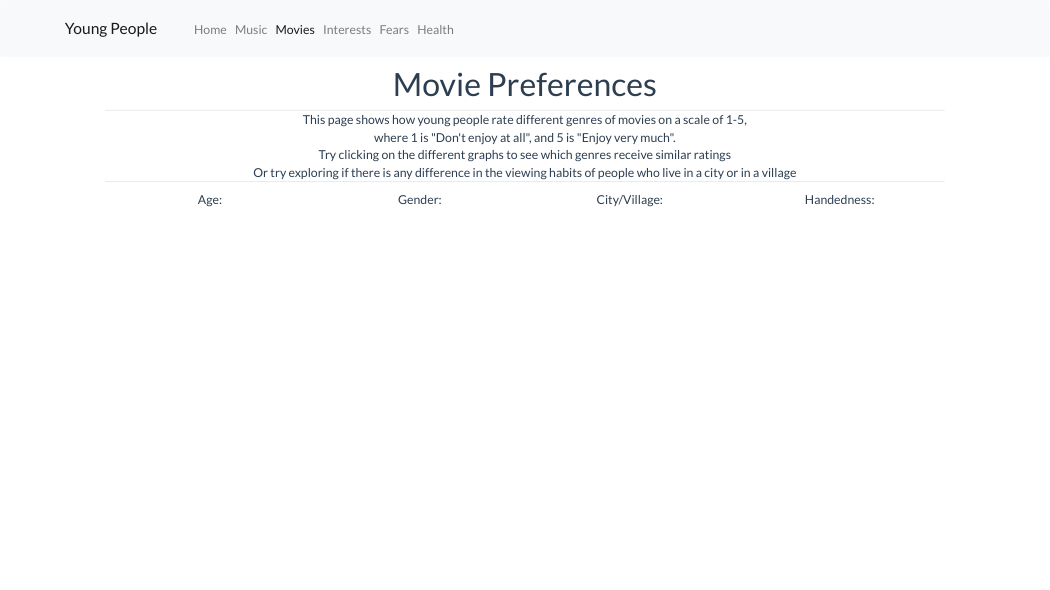
Repository: BrendanMolloy/milestone2
Page: movies.html
The author's editor kept a record of every edit. The page is drawn from the files as they stood at one moment, then again after the next edit.
The browser window is 1280 px wide. The pictures show the whole page, at 82% of full size.
Some web libraries are served in a nearby version.

Above is the page before.
Console error: ReferenceError: w is not defined

### movies.html
<!DOCTYPE html>
<html lang="en">

<head>
  <meta charset="UTF-8">
  <meta name="viewport" content="width=device-width, initial-scale=1.0">
  <meta http-equiv="X-UA-Compatible" content="ie=edge">
  <title>Young People</title>

  <link rel="stylesheet" href="https://maxcdn.bootstrapcdn.com/bootstrap/4.0.0/css/bootstrap.min.css" integrity="sha384-Gn5384xqQ1aoWXA+058RXPxPg6fy4IWvTNh0E263XmFcJlSAwiGgFAW/dAiS6JXm" crossorigin="anonymous">

  <link rel="stylesheet" href="css/bootstrap.min.css" type="text/css" />
  <link rel="stylesheet" href="css/dc.min.css" type="text/css" />
  <link rel="stylesheet" href="css/style.css" type="text/css" />

  <script type="text/javascript" src="js/d3.min.js"></script>
  <script type="text/javascript" src="js/crossfilter.min.js"></script>
  <script type="text/javascript" src="js/dc.min.js"></script>
  <script type="text/javascript" src="js/queue.min.js"></script>
  <script type="text/javascript" src="js/movies.js"></script>
</head>

<body>
  <!------------------------------- Navbar -------------------------------------->

  <nav class="navbar navbar-expand-md navbar-expand-lg navbar-light bg-light">
    <a class="navbar-brand" href="#">Young People</a>
    <button class="navbar-toggler" type="button" data-toggle="collapse" data-target="#navbarNav" aria-controls="navbarNav" aria-expanded="false" aria-label="Toggle navigation">
    <span class="navbar-toggler-icon"></span>
  </button>
    <div class="collapse navbar-collapse" id="navbarNav">
      <ul class="navbar-nav">
        <li class="nav-item">
          <a class="nav-link" href="index.html">Home</a>
        </li>
        <li class="nav-item">
          <a class="nav-link" href="music.html">Music</a>
        </li>
        <li class="nav-item active">
          <a class="nav-link" href="movies.html">Movies <span class="sr-only">(current)</span></a>
        </li>
        <li class="nav-item">
          <a class="nav-link" href="interests.html">Interests</a>
        </li>
        <li class="nav-item">
          <a class="nav-link" href="fears.html">Fears</a>
        </li>
        <li class="nav-item">
          <a class="nav-link" href="health.html">Health</a>
        </li>
      </ul>
    </div>
  </nav>

  <!-------------------------------- Movies ------------------------------------->
  <section class="section main">
    <h1>Movie Preferences</h1>
    <p>This page shows how young people rate different genres of movies on a scale of 1-5,
    <br>where 1 is "Don't enjoy at all", and 5 is "Enjoy very much".
    <br> Try clicking on the different graphs to see which genres receive similar ratings
    <br> Or try exploring if there is any difference in the viewing habits of people who live in a city or in a village</p>
    <div class="container-fluid dropdown-container">
      <div class="row">
        <div id="age-filter" class="dropdowns col-xs-6 col-md-6 col-lg-3">Age:<br></div>
        <div id="gender-filter" class="dropdowns col-xs-6 col-md-6 col-lg-3">Gender:<br></div>
        <div id="city-village-filter" class=" dropdowns col-xs-6 col-md-6 col-lg-3">City/Village:<br></div>
        <div id="handedness-filter" class="dropdowns col-xs-6 col-md-6 col-lg-3">Handedness:<br></div>
      </div>
    </div>
    <div class="row">
      <div id="action" class="col-sm-12 col-md-6 col-lg-4 badge" alt="action movies bar chart"></div>
      <div id="animated" class="col-sm-12 col-md-6 col-lg-4 badge" alt="action movies bar chart"></div>
      <div id="comedy" class="col-sm-12 col-md-6 col-lg-4 badge" alt="action movies bar chart"></div>
      <div id="documentary" class="col-sm-12 col-md-6 col-lg-4 badge" alt="action movies bar chart"></div>
      <div id="fantasy" class="col-sm-12 col-md-6 col-lg-4 badge" alt="action movies bar chart"></div>
      <div id="horror" class="col-sm-12 col-md-6 col-lg-4 badge" alt="action movies bar chart"></div>
      <div id="romantic" class="col-sm-12 col-md-6 col-lg-4 badge" alt="action movies bar chart"></div>
      <div id="scifi" class="col-sm-12 col-md-6 col-lg-4 badge" alt="action movies bar chart"></div>
      <div id="thriller" class="col-sm-12 col-md-6 col-lg-4 badge" alt="action movies bar chart"></div>
      <div id="war" class="col-sm-12 col-md-6 col-lg-4 badge" alt="action movies bar chart"></div>
      <div id="western" class="col-sm-12 col-md-6 col-lg-4 badge" alt="action movies bar chart"></div>
    </div>
  </section>

  <script src="https://code.jquery.com/jquery-3.2.1.slim.min.js" integrity="sha384-KJ3o2DKtIkvYIK3UENzmM7KCkRr/rE9/Qpg6aAZGJwFDMVNA/GpGFF93hXpG5KkN" crossorigin="anonymous"></script>
  <script src="https://cdnjs.cloudflare.com/ajax/libs/popper.js/1.12.9/umd/popper.min.js" integrity="sha384-ApNbgh9B+Y1QKtv3Rn7W3mgPxhU9K/ScQsAP7hUibX39j7fakFPskvXusvfa0b4Q" crossorigin="anonymous"></script>
  <script src="https://maxcdn.bootstrapcdn.com/bootstrap/4.0.0/js/bootstrap.min.js" integrity="sha384-JZR6Spejh4U02d8jOt6vLEHfe/JQGiRRSQQxSfFWpi1MquVdAyjUar5+76PVCmYl" crossorigin="anonymous"></script>


</body>

</html>

### css/style.css
.container {
  margin: 0;
  padding: 0;
}

/*.row {
  text-align: center;
  max-width: 100vw;
  margin: 0;
} */

.navbar-container {
  z-index: 2;
  position: fixed;
  width: 100vw;
  border-bottom: 1px solid #000;

}

.navbar {
  z-index: 2;
  position: fixed;
  width: 100vw;
  padding-left: 5%;
  padding-right: 5%;
  margin: 0;
}


.landing {
  text-align: center;
  padding-top: 60px;
  padding-right: 15%;
  padding-left: 15%;
  background: url("../images/young-people.jpg") no-repeat fixed center;
  -webkit-background-size: cover;
  -moz-background-size: cover;
  -o-background-size: cover;
  height: auto;
  background-size: cover;
  background-position:absolute;
}

.landing-graphs {
  position: relative;
  width: 100%;
  padding: 2%;
  background: rgba(231, 242, 253, 0.9);
}

p {
  border-top: 1px solid #e6e6e6;
  border-bottom: 1px solid #e6e6e6;
}

.landing p {
  background: rgba(231, 242, 253, 0.7);
  -webkit-animation: fadein 3s;
  /* Safari, Chrome and Opera > 12.1 */
  -moz-animation: fadein 3s;
  /* Firefox < 16 */
  -ms-animation: fadein 3s;
  /* Internet Explorer */
  -o-animation: fadein 3s;
  /* Opera < 12.1 */
  animation: fadein 3s;
}

.sidenav {
  height: 100%;
  /*Full-height: remove this if you want "auto" height */
  /*width: 450px;  Set the width of the sidebar */
  position: fixed;
  /* Fixed Sidebar (stay in place on scroll) */
  z-index: 1;
  /* Stay on top */
  top: 0;
  /* Stay at the top */
  left: 0;
  background-color: #CCCCCC;
  /* Light Grey */
  overflow-x: hidden;
  /* Disable horizontal scroll */
  padding: 0;
  padding-top: 60px;
  border-right: 1px solid #000;
}

.dropdowns {
  text-align: center;
  padding: 0px;
  /*display: inline-block;
	float: none;*/
	margin: 0;
}

.dropdown-container{
  max-width: inherit;
  text-align: center;
}


.main {
  /*margin-left: 250px;
  Same as the width of the sidebar */
  text-align: center;
  max-width: 100vw;
  padding-left: 10%;
  padding-right: 10%;
  padding-top: 60px;
}

.badge {
  text-align: center;
  width: 100%;
  /*height: auto; */
  background-color: #E7F2FD;
  border: 10px solid #fff;
}


#music-enjoyment {
  padding: 0;
}

.side-graphs {
  text-align: center;
  width: 100%;
  padding: 5%;
  padding-right: 0px;
}

.side-graphs#age {
  padding: 0;
}

### js/movies.js
/* global queue */
/* global d3 */
/* global crossfilter */
/* global dc */

queue()
    .defer(d3.csv, "data/young-people.csv")
    .await(makeGraphs);

function makeGraphs(error, ypData) {
    var ndx = crossfilter(ypData);

    // demographics //
    show_dropdown(ndx, 'Age', "#age-filter");
    show_dropdown(ndx, 'Gender', "#gender-filter");
    show_dropdown(ndx, 'Village - town', "#city-village-filter");
    show_dropdown(ndx, 'Left - right handed', "#handedness-filter");

    // movies //
    //show_enjoyment(ndx, 'Movies', "#movie-enjoyment", "I enjoy watching Movies");
    show_bar_chart(ndx, 'Action', "#action", "Action");
    show_bar_chart(ndx, 'Animated', "#animated", "Animated");
    show_bar_chart(ndx, 'Comedy', "#comedy", "Comedy");
    show_bar_chart(ndx, 'Documentary', "#documentary", "Documentary");
    show_bar_chart(ndx, 'Fantasy/Fairy tales', "#fantasy", "Fantasy");
    show_bar_chart(ndx, 'Horror', "#horror", "Horror");
    show_bar_chart(ndx, 'Romantic', "#romantic", "Romantic");
    show_bar_chart(ndx, 'Sci-fi', "#scifi", "Sci-Fi");
    show_bar_chart(ndx, 'Thriller', "#thriller", "Thriller");
    show_bar_chart(ndx, 'War', "#war", "War");
    show_bar_chart(ndx, 'Western', "#western", "Western");

    dc.utils.printSingleValue.fformat = d3.format('.0f');

    dc.renderAll();
}

function remove_empty_bins(source_group) { //eliminates empty or null values from the dataset, so graphs can render unimpeded//
    return {
        all: function() {
            return source_group.all().filter(function(d) {
                //return Math.abs(d.value) > 0.00001; // if using floating-point numbers
                return d.key !== ""; // if integers only
            });
        }
    };
}

//-------------------------- Demographics ------------------------------------//

function show_dropdown(ndx, dimensionLabel, id) {
    var dim = ndx.dimension(dc.pluck(dimensionLabel));
    var group = dim.group();
    var filtered_group = remove_empty_bins(group)

    dc.selectMenu(id)
        .dimension(dim)
        .group(filtered_group);
}

//---------------------------- Main Graphs ----------------------------------//

function show_enjoyment(ndx, dimensionLabel, id, xlabel) {
    var dim = ndx.dimension(dc.pluck(dimensionLabel));
    var group = dim.group();
    var filtered_group = remove_empty_bins(group)

    dc.barChart(id)
        .width(400)
        .height(300)
        .margins({ top: 10, right: 50, bottom: 30, left: 50 })
        .dimension(dim)
        .group(filtered_group)
        .transitionDuration(500)
        .x(d3.scale.ordinal())
        .xUnits(dc.units.ordinal)
        .elasticY(true)
        .xAxisLabel(xlabel)
        .yAxis().ticks(10);
}

function show_bar_chart(ndx, dimensionLabel, id, xlabel) {
    var dim = ndx.dimension(dc.pluck(dimensionLabel)); //selects column from dataset
    var group = dim.group();
    var filtered_group = remove_empty_bins(group)
    /*var w = 400; //adjust graph dimensions
    var h = 300; */

    dc.barChart(id)
        .width(w)
        .height(h)
        .margins({ top: 10, right: 50, bottom: 30, left: 50 })
        .dimension(dim)
        .group(filtered_group)
        .transitionDuration(500)
        .x(d3.scale.ordinal())
        .xUnits(dc.units.ordinal)
        .elasticY(true)
        .xAxisLabel(xlabel)
        .yAxis().ticks(10);
}

Loaded but not shown: css/bootstrap.min.css (library); css/dc.min.css (library); js/d3.min.js (library); js/crossfilter.min.js (library); js/dc.min.js (library); js/queue.min.js (common file)

After the next edit:
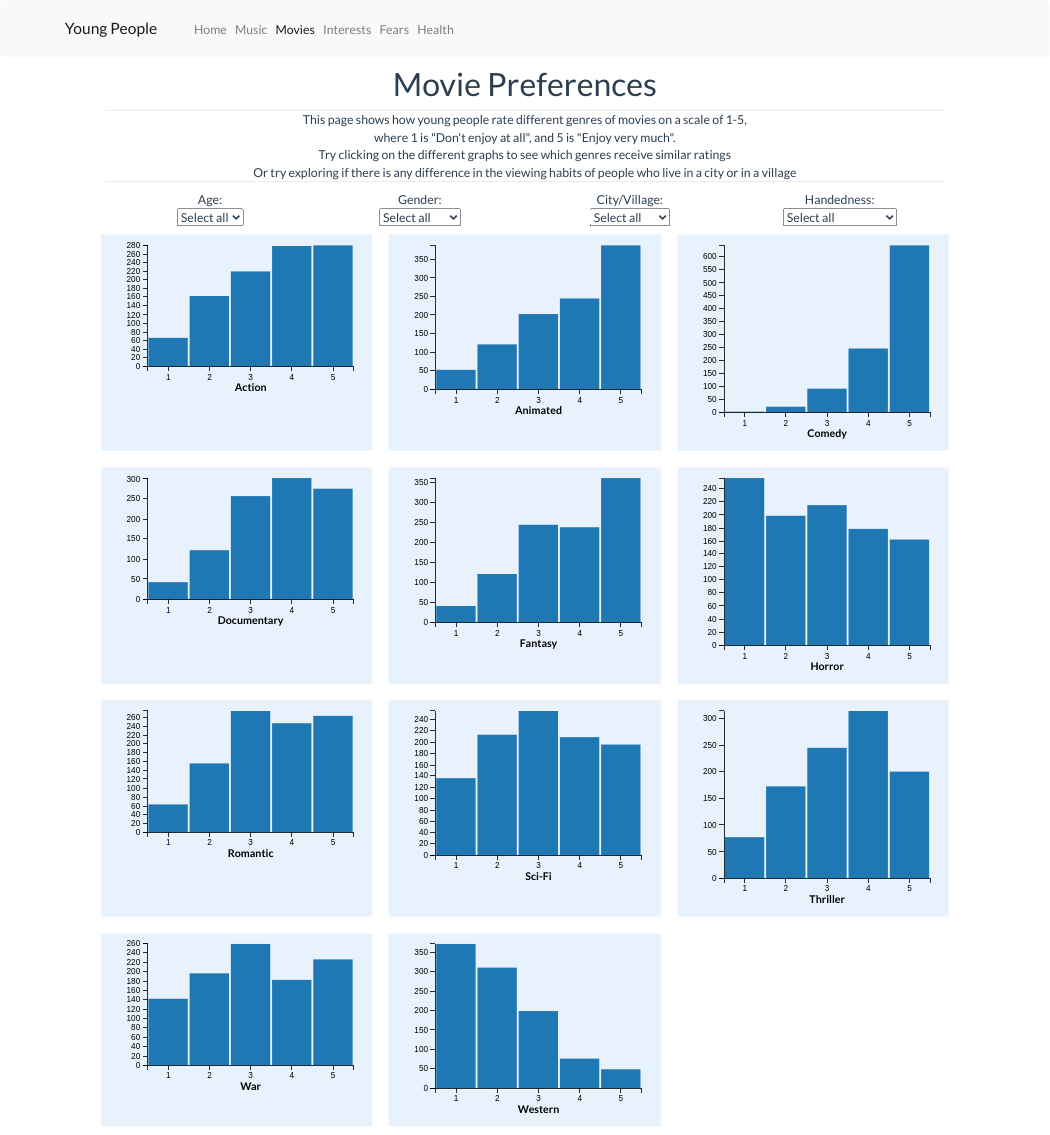
The error is gone.
The edit:
--- a/js/movies.js
+++ b/js/movies.js
@@ -87,8 +87,8 @@
     var h = 300; */
 
     dc.barChart(id)
-        .width(w)
-        .height(h)
+        /*.width(w)
+        .height(h) */
         .margins({ top: 10, right: 50, bottom: 30, left: 50 })
         .dimension(dim)
         .group(filtered_group)
